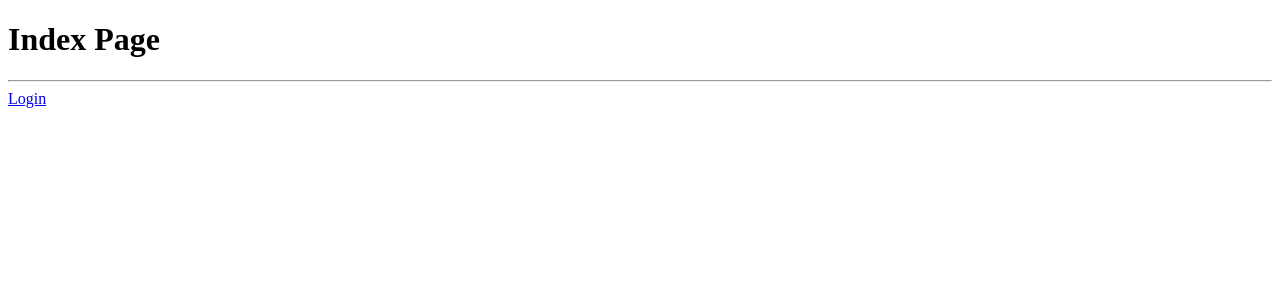
Repository: TrishantMaharjan/Java-Enterprise-Edition
Page: http://localhost/WebTestDemo/Index.jsp
The author's editor kept a copy of each file at every save. The page is drawn from the files as they stood at one save, then again after the next save.
The browser window is 1280 px wide. The pictures show the whole page.
The page is served by Tomcat 9.

Above is the page before, as saved 2023-01-29 09:33:20.

### WebTestDemo/src/main/webapp/Index.jsp
<%@ page language="java" contentType="text/html; charset=UTF-8"
    pageEncoding="UTF-8"%>
<!DOCTYPE html>
<html>
<head>
<meta charset="UTF-8">
<title>Index</title>
</head>
<body>
	<h1>Index Page</h1>
	<hr>
	<a href = "LoginForm.jsp">Login</a>
</body>
</html>

After the next save:
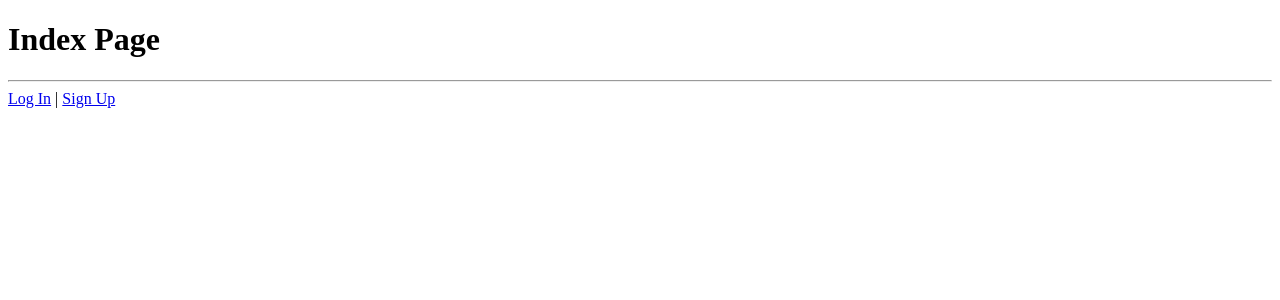
Saved 75 s later.
--- a/WebTestDemo/src/main/webapp/Index.jsp
+++ b/WebTestDemo/src/main/webapp/Index.jsp
@@ -9,6 +9,6 @@
 <body>
 	<h1>Index Page</h1>
 	<hr>
-	<a href = "LoginForm.jsp">Login</a>
+	<a href = "LoginForm.jsp">Log In</a> | <a href = "SignUp.jsp">Sign Up</a>
 </body>
 </html>
